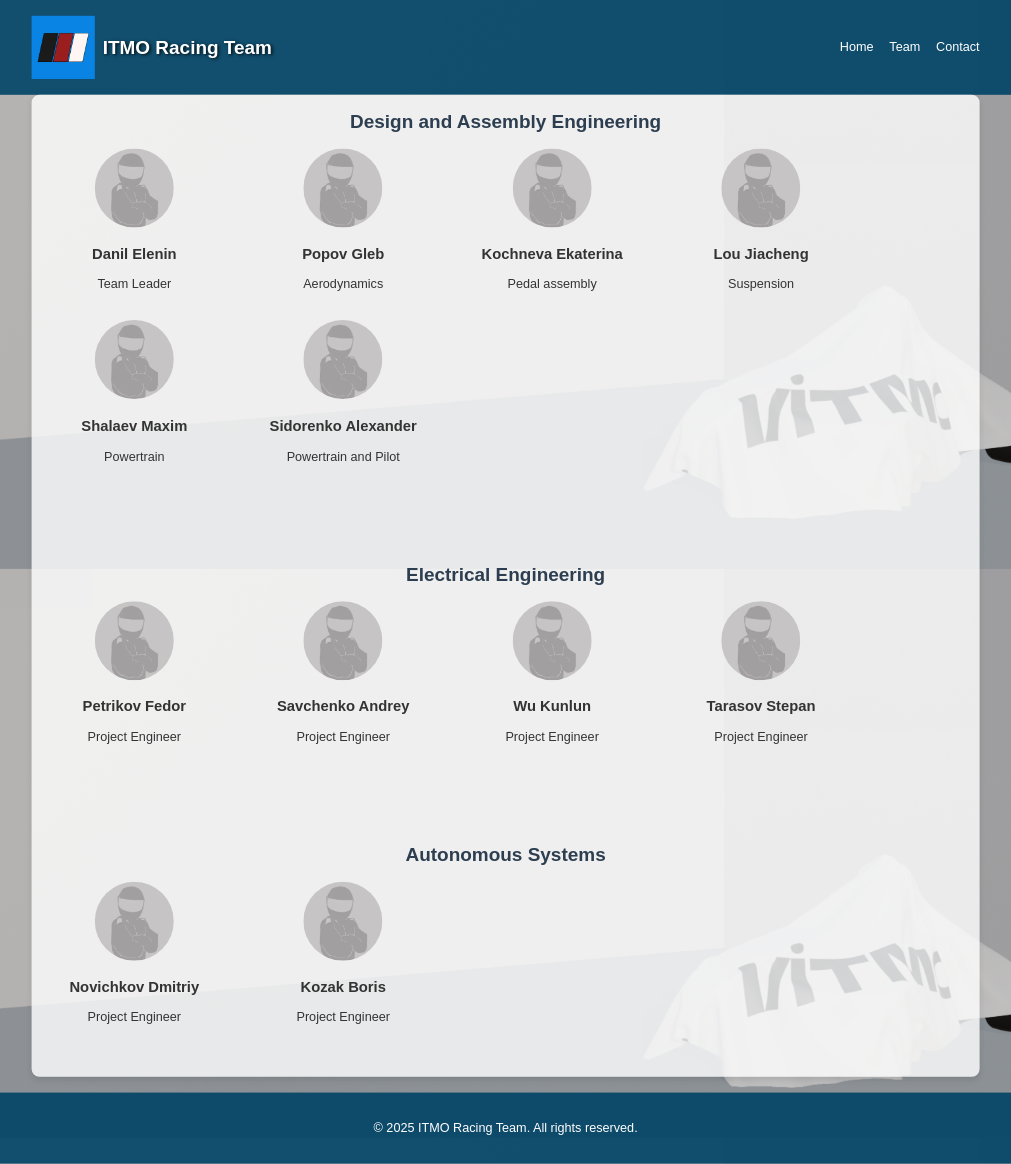
Repository: fs-itmo/fs-itmo.github.io
Page: team.html
These files come from the project's save history. The page is drawn as it stood at one moment and after the next save; the edit follows.
The browser window is 1280 px wide. The pictures show the whole page, at 79% of full size.
Backgrounds fixed to the window are drawn as part of the page.

Above is the page before, as saved 2024-12-30 16:11:07.

After the next save:
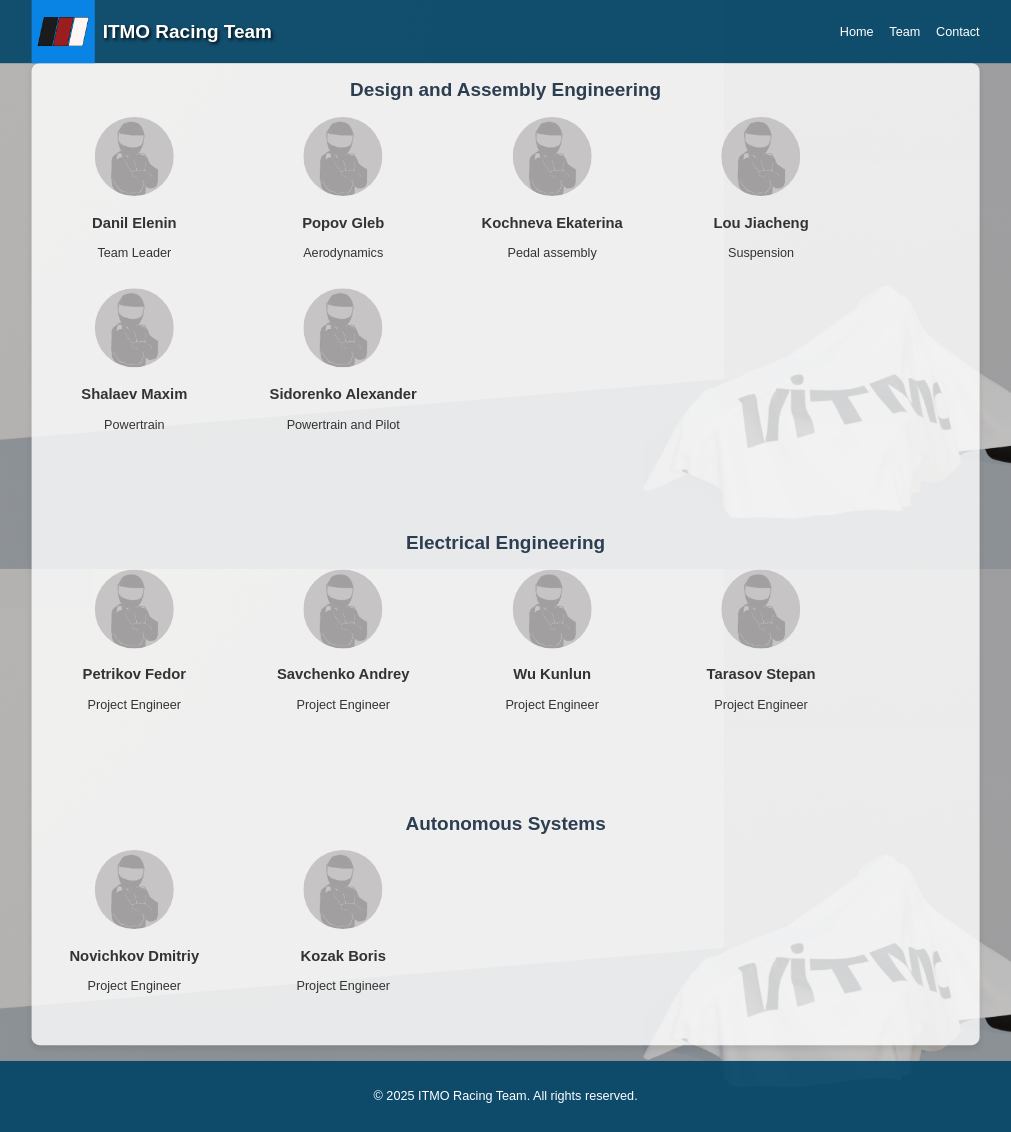
Saved 15 min 17 s later.
--- a/css/style.css
+++ b/css/style.css
@@ -15,7 +15,7 @@
 
 header {
     background-color: rgba(0, 68, 102, 0.9);
-    padding: 20px 0;
+    padding: 0px 0;
 }
 
 header .container {
